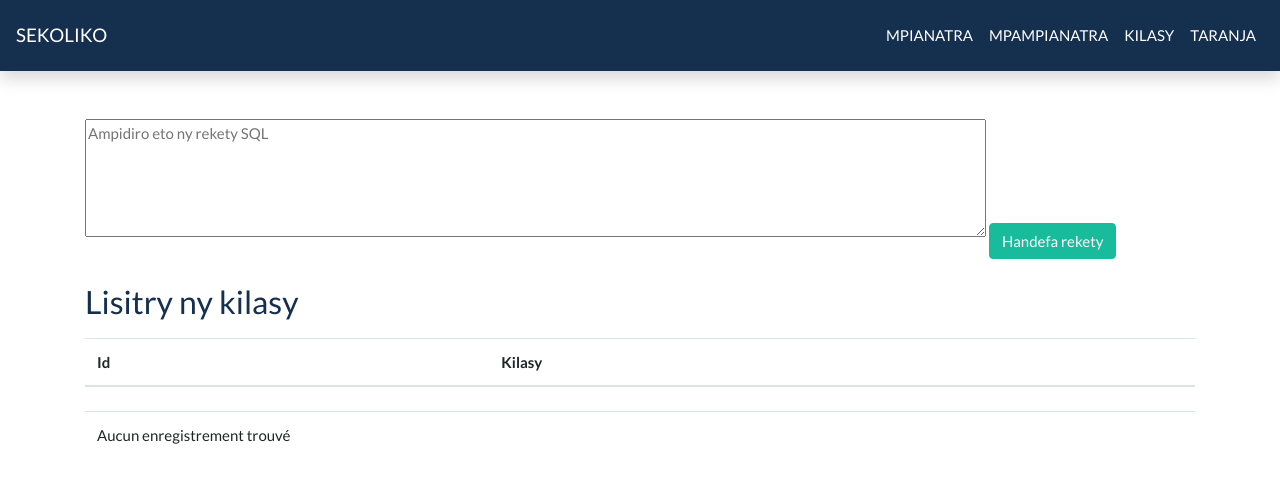
Repository: niainamahefa/j2ee-sekoliko
Page: http://localhost/Ecole/classe
These files come from the project's save history. The page is drawn as it stood at one moment and after the next save; the edit follows.
The browser window is 1280 px wide. The pictures show the whole page.
The page is served by Tomcat 9.

Above is the page before, as saved 2021-02-03 19:27:34.

After the next save:
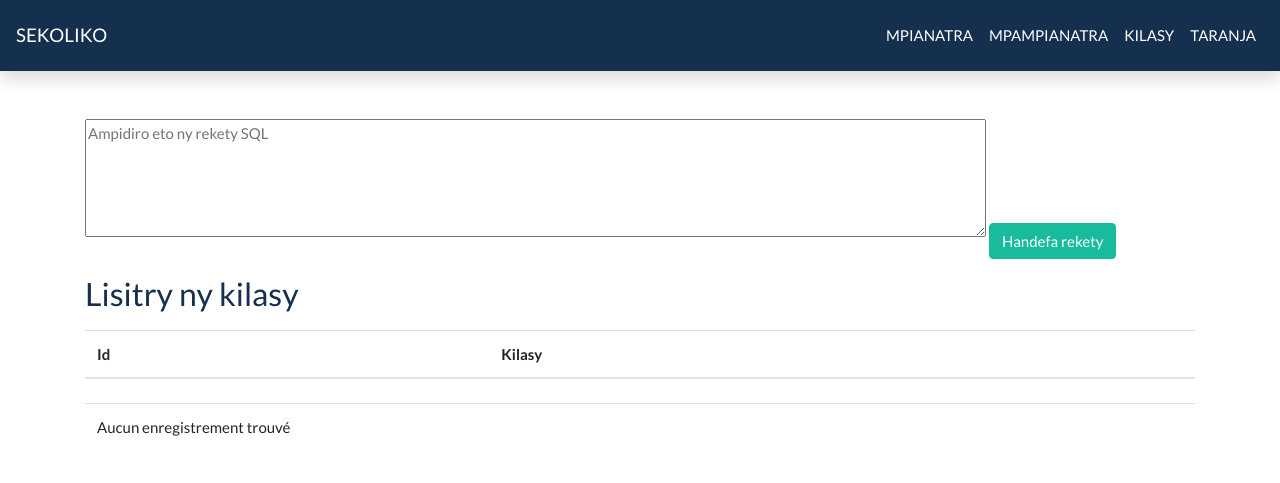
Saved 32 s later.
--- a/Ecole/WebContent/WEB-INF/classe.jsp
+++ b/Ecole/WebContent/WEB-INF/classe.jsp
@@ -38,7 +38,7 @@
 		<button class="btn btn-success mt-3" type="submit"> Handefa rekety
         </button>
     	<table class="table mt-3 " id="table_charge">
-    	<h3 class="text-primary mt-4">Lisitry ny kilasy </h3>
+    	<h3 class="text-primary mt-3">Lisitry ny kilasy </h3>
                     <thead>
                         <tr>
                             <th>Id</th>
